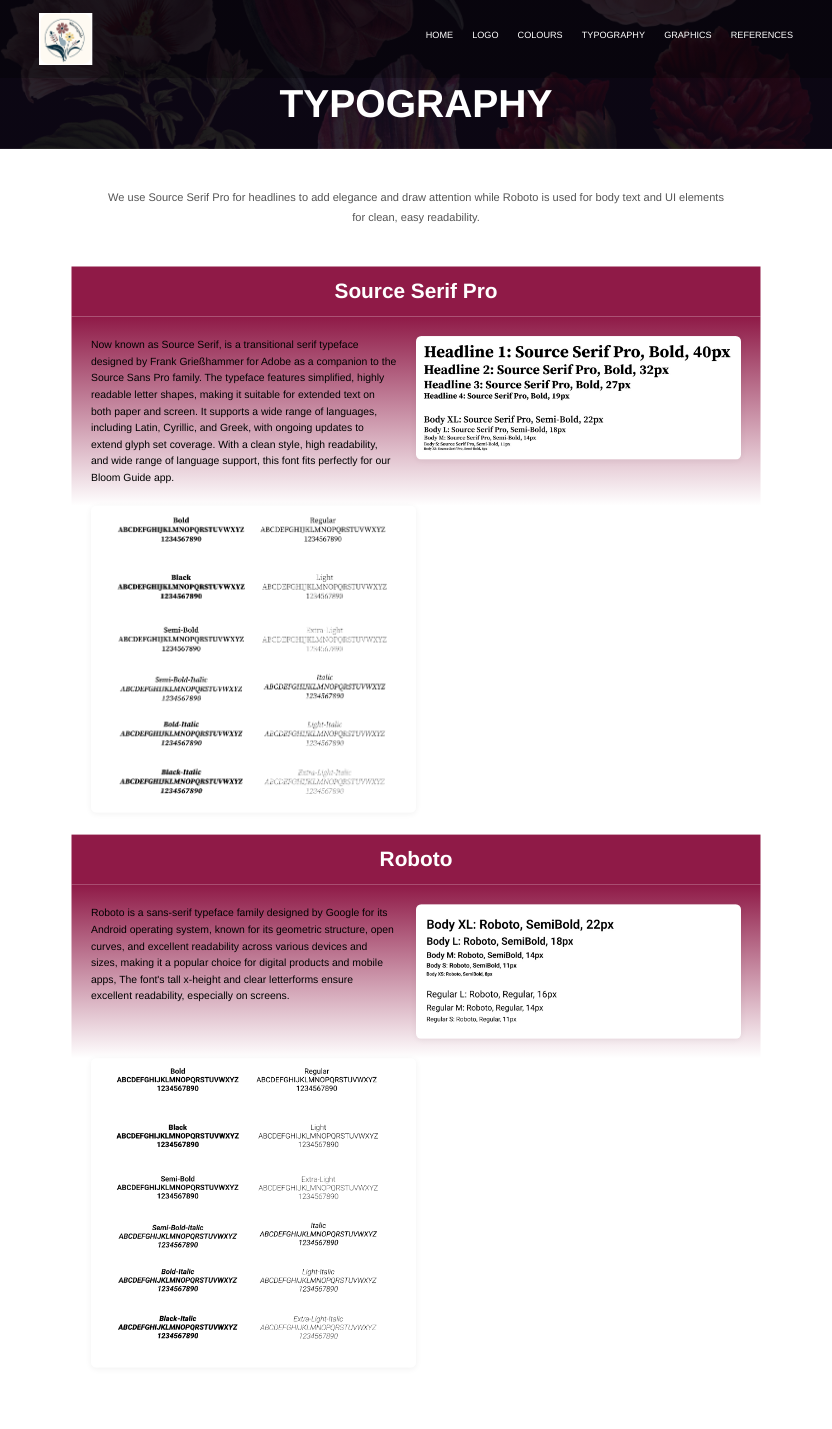
Repository: Emmalee06/styleguide-design2
Page: typography.html
An editor plug-in stored every save of this project. The page is shown before and after the next save, followed by the edit.
The browser window is 1280 px wide. The pictures show the whole page, at 65% of full size.

Above is the page before, as saved 2025-04-07 00:53:48.

After the next save:
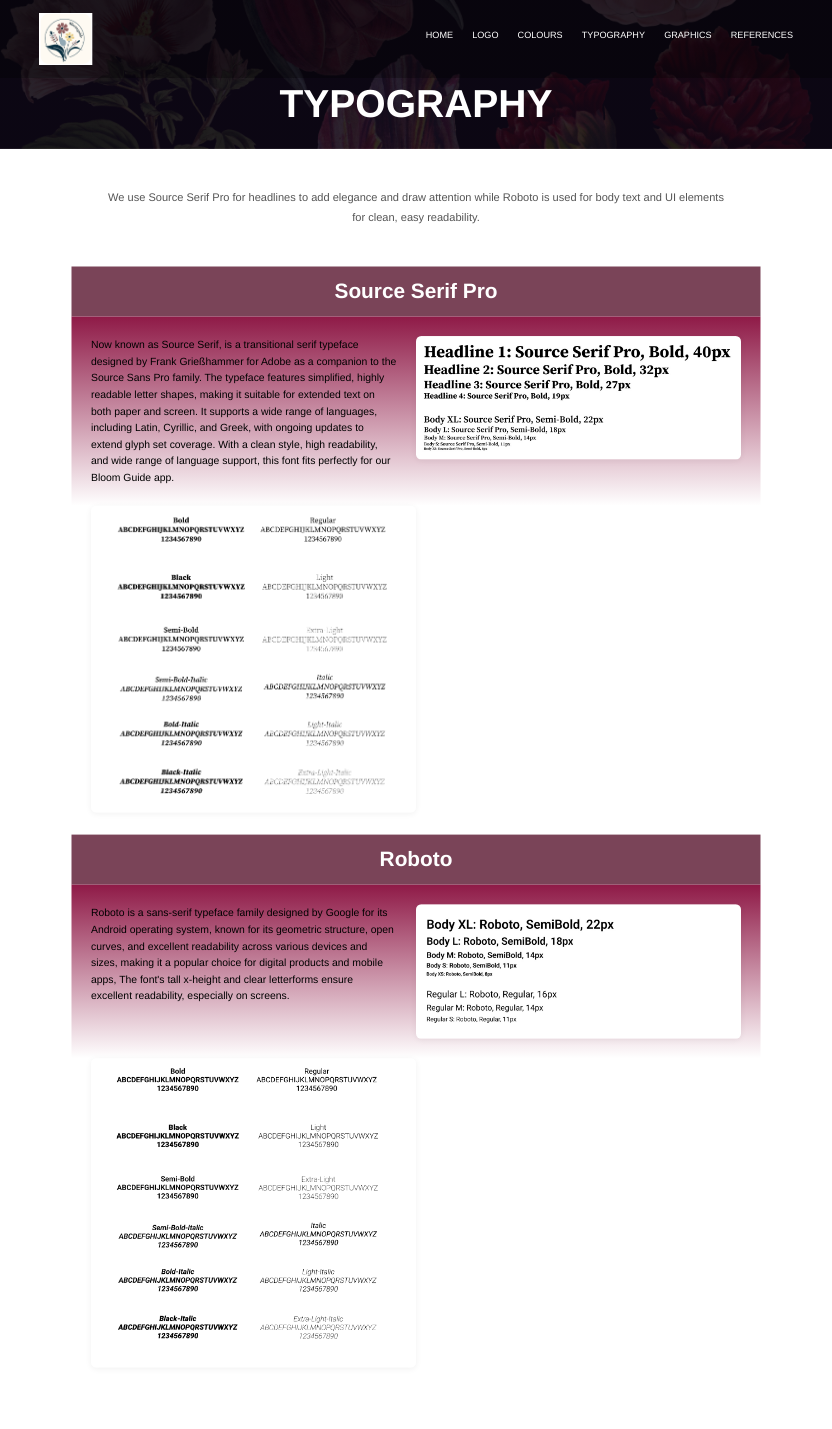
Saved 34 s later.
--- a/style.css
+++ b/style.css
@@ -325,7 +325,7 @@
 }
 
 .font-header {
-    background-color: #8f1a47;
+    background-color: #612139d6;
     color: white;
     font-size: 2rem;
     font-weight: bold;
